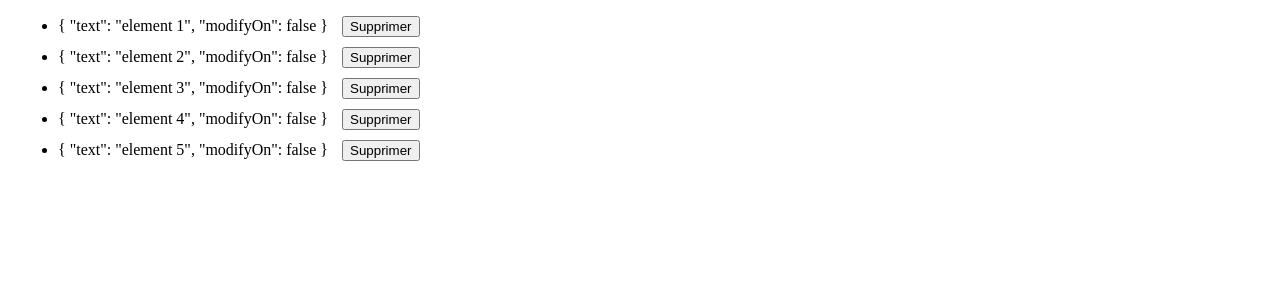
Repository: arione15/Livre_Serrion-Vue.js
Page: liste_ch3.html
These files come from the project's save history. The page is drawn as it stood at one moment and after a run of saves; the edit follows.
The browser window is 1280 px wide. The pictures show the whole page.

Above is the page before, as saved 2021-09-07 13:39:16.

After the next 2 saves:
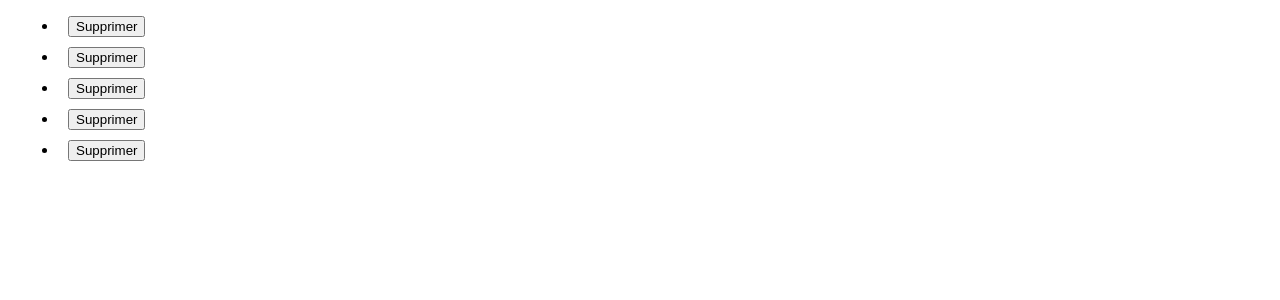
The 2 saves are shown as one change because they came seconds apart.
The last was saved 10 s later.
--- a/liste_ch3.html
+++ b/liste_ch3.html
@@ -22,7 +22,7 @@
             <div>
                 <ul>
                     <li v-for="(element, index) of elements" style="margin:10px;">
-                        <span v-fi="element.modifyOn" v-on:dblclick="modifier(element)"> {{ element }} </span>
+                        <span v-if="element.modifyOn" v-on:dblclick="modifier(element)"> {{ element }} </span>
                         <button @click="supprimer(element)" style="margin-left:10px;">Supprimer</button>
                     </li>
                 </ul>

After the save that followed:
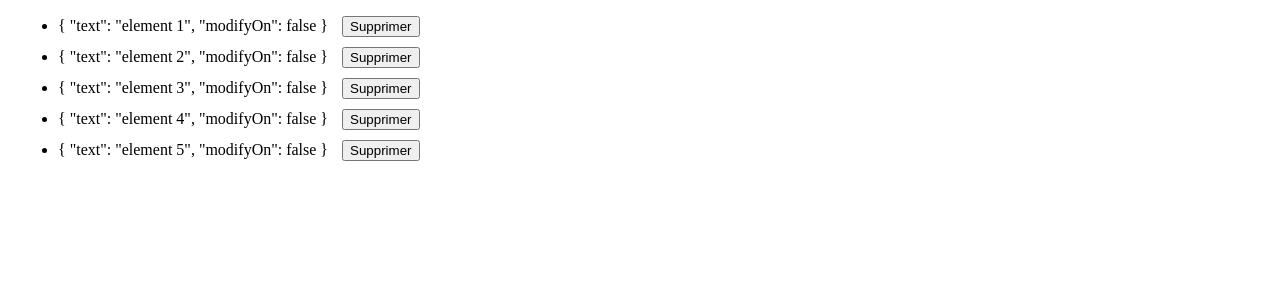
Saved 14 s later.
--- a/liste_ch3.html
+++ b/liste_ch3.html
@@ -22,7 +22,7 @@
             <div>
                 <ul>
                     <li v-for="(element, index) of elements" style="margin:10px;">
-                        <span v-if="element.modifyOn" v-on:dblclick="modifier(element)"> {{ element }} </span>
+                        <span v-if="!element.modifyOn" v-on:dblclick="modifier(element)"> {{ element }} </span>
                         <button @click="supprimer(element)" style="margin-left:10px;">Supprimer</button>
                     </li>
                 </ul>
